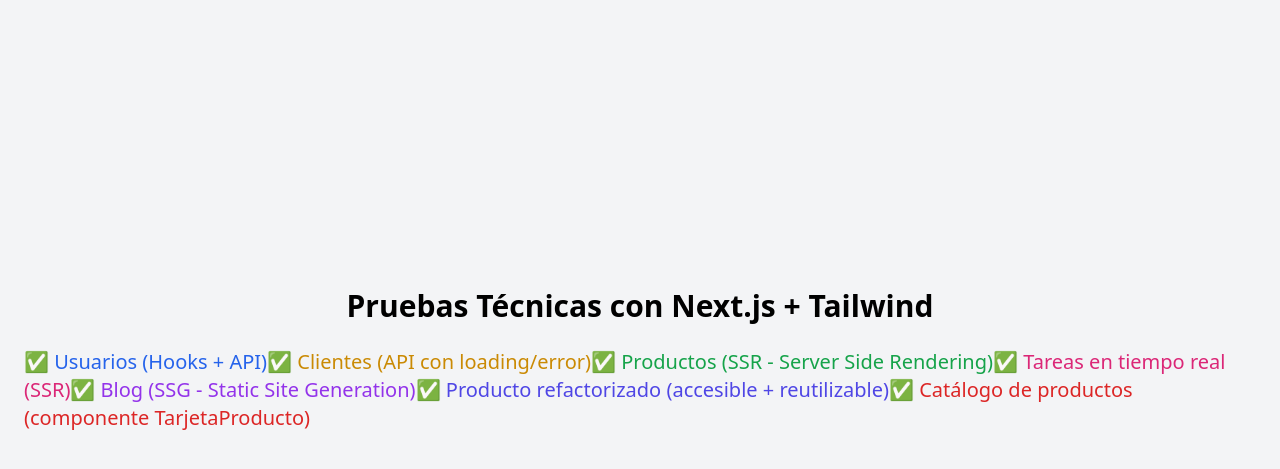
Repository: dienton82/nextjs-multifetch-demo
Page: /
An editor plug-in stored every save of this project. The page is shown before and after the next save, followed by the edit.
The browser window is 1280 px wide. The pictures show the whole page.
The project was rebuilt for these pictures with package versions that can differ from the ones it lists, and the page was loaded fresh each time. The framework's server and built-in components were replaced by stand-ins that run in the browser.

Above is the page before, as saved 2025-05-13 18:51:07.

### pages/index.tsx
import Link from 'next/link';

export default function Home() {
  return (
    <div className="min-h-screen flex flex-col justify-center items-center bg-gray-100 p-6">
      <h1 className="text-3xl font-bold mb-6">Pruebas Técnicas con Next.js + Tailwind</h1>
      <div className="space-y-4">
        <Link href="/usuarios" className="text-blue-600 hover:underline text-xl">
          ✅ Usuarios (Hooks + API)
        </Link>
        <Link href="/clientes" className="text-yellow-600 hover:underline text-xl">
          ✅ Clientes (API con loading/error)
        </Link>
        <Link href="/productos" className="text-green-600 hover:underline text-xl">
          ✅ Productos (SSR - Server Side Rendering)
        </Link>
        <Link href="/tiempo-real" className="text-pink-600 hover:underline text-xl">
          ✅ Tareas en tiempo real (SSR)
        </Link>
        <Link href="/blog" className="text-purple-600 hover:underline text-xl">
          ✅ Blog (SSG - Static Site Generation)
        </Link>
        <Link href="/prueba-refactor" className="text-indigo-600 hover:underline text-xl">
          ✅ Producto refactorizado (accesible + reutilizable)
        </Link>
        <Link href="/catalogo" className="text-red-600 hover:underline text-xl">
          ✅ Catálogo de productos (componente TarjetaProducto)
        </Link>
      </div>
    </div>
  );
}

Loaded but not shown: pages/_app.tsx (common file); styles/globals.css (common file); tailwind.config.js (common file)

After the next save:
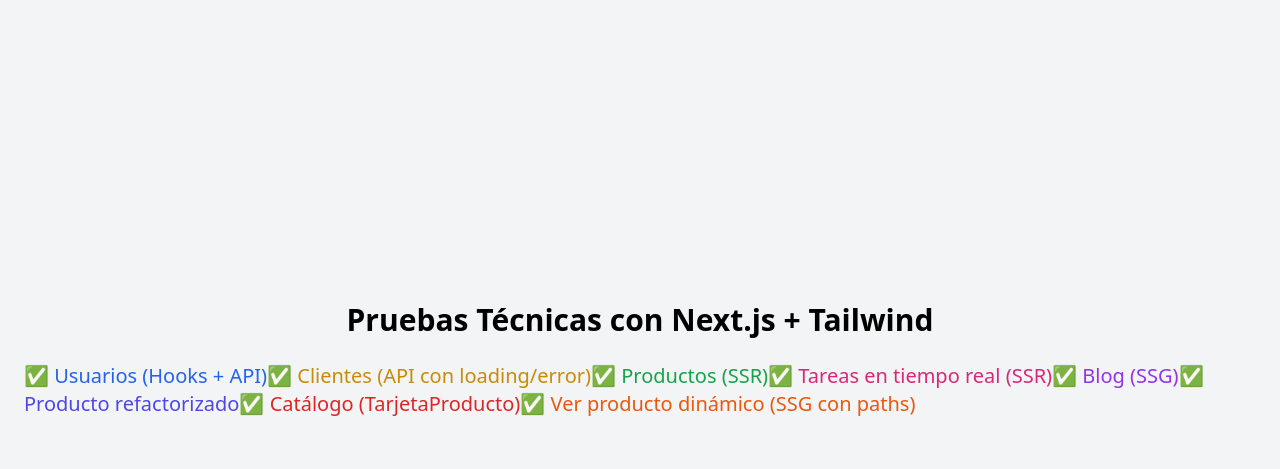
Saved 69 s later.
--- a/pages/index.tsx
+++ b/pages/index.tsx
@@ -12,19 +12,22 @@
           ✅ Clientes (API con loading/error)
         </Link>
         <Link href="/productos" className="text-green-600 hover:underline text-xl">
-          ✅ Productos (SSR - Server Side Rendering)
+          ✅ Productos (SSR)
         </Link>
         <Link href="/tiempo-real" className="text-pink-600 hover:underline text-xl">
           ✅ Tareas en tiempo real (SSR)
         </Link>
         <Link href="/blog" className="text-purple-600 hover:underline text-xl">
-          ✅ Blog (SSG - Static Site Generation)
+          ✅ Blog (SSG)
         </Link>
         <Link href="/prueba-refactor" className="text-indigo-600 hover:underline text-xl">
-          ✅ Producto refactorizado (accesible + reutilizable)
+          ✅ Producto refactorizado
         </Link>
         <Link href="/catalogo" className="text-red-600 hover:underline text-xl">
-          ✅ Catálogo de productos (componente TarjetaProducto)
+          ✅ Catálogo (TarjetaProducto)
+        </Link>
+        <Link href="/producto/1" className="text-orange-600 hover:underline text-xl">
+          ✅ Ver producto dinámico (SSG con paths)
         </Link>
       </div>
     </div>
